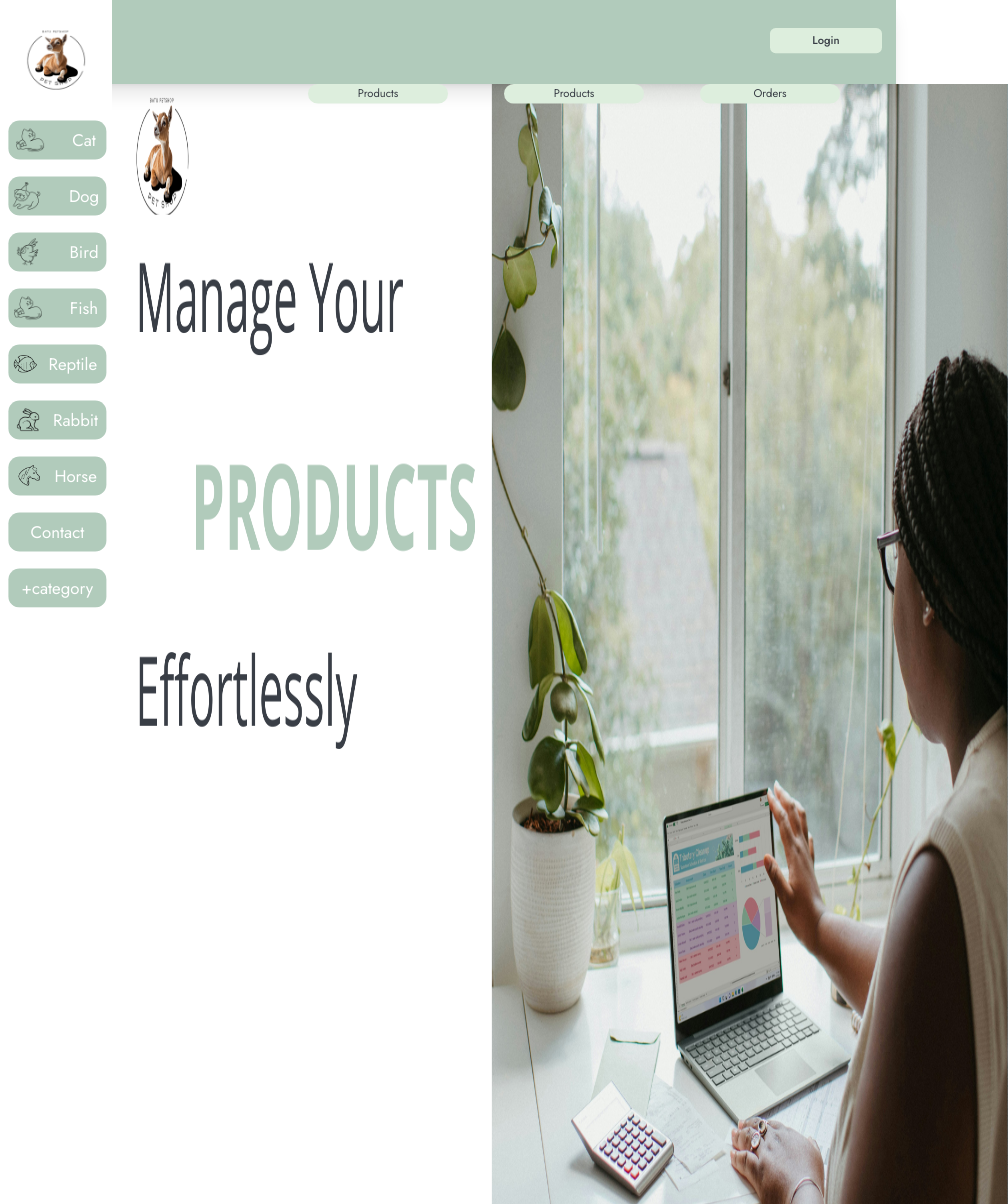
Repository: batu-call/batu-petshop
Page: /main (app in petshopp-appAdmin/admin/)
These files come from the project's save history. The page is drawn as it stood at one moment and after the next save; the edit follows.
The browser window is 1280 px wide. The page is 1440 px wide, so the pictures cover 1440 px, including what lies to the right of the window. The pictures show the whole page, at 70% of full size.
The project was rebuilt for these pictures with package versions that can differ from the ones it lists, and the page was loaded fresh each time. The framework's server and built-in components were replaced by stand-ins that run in the browser. Also part of the build but not shown: petshopp-appAdmin/admin/next.config.ts.

Above is the page before, as saved 2025-09-21 01:45:41.

### petshopp-appAdmin/admin/src/app/layout.tsx
import type { Metadata } from "next";
import { Jost } from 'next/font/google';
import "./globals.css";

const jost = Jost({
  subsets: ['latin'],
  weight: ['400', '500', '700'],
});


export const metadata: Metadata = {
  title: "Batu Petshop AdminPanel",
  description: "Generated by create next app",
   icons: {
    icon: '/favicon.ico',
  },
};

export default function RootLayout({
  children,
}: Readonly<{
  children: React.ReactNode;
}>) {
  return (
    <html lang="en">
      <body
        className={`antialiased ${jost.className}`}
      >
        {children}
      </body>
    </html>
  );
}

### petshopp-appAdmin/admin/src/app/main/layout.tsx
import Main from "./controller/Main"

export default function MainLayout({ children }: { children: React.ReactNode }) {
  return <Main>{children}</Main>
}

### petshopp-appAdmin/admin/src/app/main/page.tsx
import React from 'react'
import Main from './controller/Main'


const page = () => {
  return (
    <div>
        <Main />
    </div>
  )
}

export default page

### petshopp-appAdmin/admin/src/app/globals.css
@import "tailwindcss";
@import "tw-animate-css";

@custom-variant dark (&:is(.dark *));

@layer utilities {
  .bg-primary {
    background-color: #B1CBBB;
  }
  .bg-secondary {
    background-color: #DDEEDD;
  }
  .bg-secondary_20 {
    background-color: rgba(221, 238, 221, 0.2);
  }
  .text-jost {
    font-family: 'Jost',sans-serif;
  }
  .text-color {
    color: #393E46;
  }
  .text-color2 {
    color: #B1CBBB;
  }
}

body {
  font-family: 'Jost', Arial, Helvetica, sans-serif
}

@theme inline {
  --radius-sm: calc(var(--radius) - 4px);
  --radius-md: calc(var(--radius) - 2px);
  --radius-lg: var(--radius);
  --radius-xl: calc(var(--radius) + 4px);
  --color-background: var(--background);
  --color-foreground: var(--foreground);
  --color-card: var(--card);
  --color-card-foreground: var(--card-foreground);
  --color-popover: var(--popover);
  --color-popover-foreground: var(--popover-foreground);
  --color-primary: var(--primary);
  --color-primary-foreground: var(--primary-foreground);
  --color-secondary: var(--secondary);
  --color-secondary-foreground: var(--secondary-foreground);
  --color-muted: var(--muted);
  --color-muted-foreground: var(--muted-foreground);
  --color-accent: var(--accent);
  --color-accent-foreground: var(--accent-foreground);
  --color-destructive: var(--destructive);
  --color-border: var(--border);
  --color-input: var(--input);
  --color-ring: var(--ring);
  --color-chart-1: var(--chart-1);
  --color-chart-2: var(--chart-2);
  --color-chart-3: var(--chart-3);
  --color-chart-4: var(--chart-4);
  --color-chart-5: var(--chart-5);
  --color-sidebar: var(--sidebar);
  --color-sidebar-foreground: var(--sidebar-foreground);
  --color-sidebar-primary: var(--sidebar-primary);
  --color-sidebar-primary-foreground: var(--sidebar-primary-foreground);
  --color-sidebar-accent: var(--sidebar-accent);
  --color-sidebar-accent-foreground: var(--sidebar-accent-foreground);
  --color-sidebar-border: var(--sidebar-border);
  --color-sidebar-ring: var(--sidebar-ring);
}

:root {
  --radius: 0.625rem;
  --background: oklch(1 0 0);
  --foreground: oklch(0.145 0 0);
  --card: oklch(1 0 0);
  --card-foreground: oklch(0.145 0 0);
  --popover: oklch(1 0 0);
  --popover-foreground: oklch(0.145 0 0);
  --primary: oklch(0.205 0 0);
  --primary-foreground: oklch(0.985 0 0);
  --secondary: oklch(0.97 0 0);
  --secondary-foreground: oklch(0.205 0 0);
  --muted: oklch(0.97 0 0);
  --muted-foreground: oklch(0.556 0 0);
  --accent: oklch(0.97 0 0);
  --accent-foreground: oklch(0.205 0 0);
  --destructive: oklch(0.577 0.245 27.325);
  --border: oklch(0.922 0 0);
  --input: oklch(0.922 0 0);
  --ring: oklch(0.708 0 0);
  --chart-1: oklch(0.646 0.222 41.116);
  --chart-2: oklch(0.6 0.118 184.704);
  --chart-3: oklch(0.398 0.07 227.392);
  --chart-4: oklch(0.828 0.189 84.429);
  --chart-5: oklch(0.769 0.188 70.08);
  --sidebar: oklch(0.985 0 0);
  --sidebar-foreground: oklch(0.145 0 0);
  --sidebar-primary: oklch(0.205 0 0);
  --sidebar-primary-foreground: oklch(0.985 0 0);
  --sidebar-accent: oklch(0.97 0 0);
  --sidebar-accent-foreground: oklch(0.205 0 0);
  --sidebar-border: oklch(0.922 0 0);
  --sidebar-ring: oklch(0.708 0 0);
}

.dark {
  --background: oklch(0.145 0 0);
  --foreground: oklch(0.985 0 0);
  --card: oklch(0.205 0 0);
  --card-foreground: oklch(0.985 0 0);
  --popover: oklch(0.205 0 0);
  --popover-foreground: oklch(0.985 0 0);
  --primary: oklch(0.922 0 0);
  --primary-foreground: oklch(0.205 0 0);
  --secondary: oklch(0.269 0 0);
  --secondary-foreground: oklch(0.985 0 0);
  --muted: oklch(0.269 0 0);
  --muted-foreground: oklch(0.708 0 0);
  --accent: oklch(0.269 0 0);
  --accent-foreground: oklch(0.985 0 0);
  --destructive: oklch(0.704 0.191 22.216);
  --border: oklch(1 0 0 / 10%);
  --input: oklch(1 0 0 / 15%);
  --ring: oklch(0.556 0 0);
  --chart-1: oklch(0.488 0.243 264.376);
  --chart-2: oklch(0.696 0.17 162.48);
  --chart-3: oklch(0.769 0.188 70.08);
  --chart-4: oklch(0.627 0.265 303.9);
  --chart-5: oklch(0.645 0.246 16.439);
  --sidebar: oklch(0.205 0 0);
  --sidebar-foreground: oklch(0.985 0 0);
  --sidebar-primary: oklch(0.488 0.243 264.376);
  --sidebar-primary-foreground: oklch(0.985 0 0);
  --sidebar-accent: oklch(0.269 0 0);
  --sidebar-accent-foreground: oklch(0.985 0 0);
  --sidebar-border: oklch(1 0 0 / 10%);
  --sidebar-ring: oklch(0.556 0 0);
}

@layer base {
  * {
    @apply border-border outline-ring/50;
  }
  body {
    @apply bg-background text-foreground;
  }
}

### petshopp-appAdmin/admin/src/app/main/controller/Main.tsx
import React from 'react'
import Navbar from '../../Navbar/page'
import Sidebar from '../../Sidebar/page'
import Image from 'next/image'

//1743
const Main = () => {
  return (
    <div className='w-full h-screen bg-primary'>
      {/* Navbar */}
      <Navbar />
      {/* Catgeory */}
      <Sidebar />
      <Image src={"/admin-banner2.png"} alt='admin-banner' width={1743} height={700} className='ml-40 h-400'/>
    </div>
  )
}

export default Main

### petshopp-appAdmin/admin/src/app/Navbar/page.tsx
"use client"
import React, { useState } from 'react'
import Link from 'next/link'
import Image from 'next/image'
import { Button } from "@/components/ui/button"





const Page = () => {

  const [open, setOpen] = useState(false)

  return (
    <div>
      <div className='w-full h-30 bg-primary shadow-xl relative'>
        {/* Image */}
        <Link href={"/main"}>
      <div className='fixed'>
        <Image  src={"/logo.png"} alt='main-icon' width={500} height={500} className='flex justify-center items-center w-40 h-40'/>
      </div>
      </Link>
      {/* Image */}

      {/* Button */}
      <div className='absolute top-10 right-45'>
        <Button className='absolute cursor-pointer bg-secondary text-color w-40 text-base hover:bg-secondary'>Login</Button>
      </div>

      </div>
      <div className='flex gap-20 items-center justify-center absolute right-20'>
      {/* Buton + dropdown*/}
     <div
      className="relative inline-block"
      onMouseEnter={() => setOpen(true)}
      onMouseLeave={() => setOpen(false)}
    >
      {/* Buton */}
      <div className="w-50 h-7 rounded-xl bg-secondary flex items-center justify-center cursor-pointer">
        <h3 className="text-color text-jost">Products</h3>
      </div>

      {/* Dropdown */}
      {open && (
        <div className="absolute left-0 mt-1 w-50 bg-white shadow-lg rounded-xl z-10">
          <ul className="flex flex-col">
            <Link href="/AddProduct">
              <li>
                <a className="block px-4 py-2 hover:bg-gray-200 border-b-2 border-secondary">
                  Add Product
                </a>
              </li>
            </Link>
              <li>
                <a className="block px-4 py-2 hover:bg-gray-200 border-b-2 border-secondary">
                  All Products
                </a>
              </li>
              <li>
                <a className="block px-4 py-2 hover:bg-gray-200">Product Stats</a>
              </li>
          </ul>
        </div>
      )}
    </div>

           <div className="relative inline-block">
      {/* Buton + dropdown*/}
      <div className="group relative">
        <div className="w-50 h-7 rounded-xl bg-secondary flex items-center justify-center cursor-pointer">
          <h3 className="text-color text-jost">Products</h3>
        </div>

        {/* Dropdown */}
        <div className="absolute left-0 hidden group-hover:block mt-1 w-50 bg-white shadow-lg rounded-xl z-10">
          <ul className="flex flex-col">
            <Link href={"/AddProduct"}>
            <li>
                <a className="block px-4 py-2 hover:bg-gray-200 border-secondary border-b-2">Add Product</a>
            </li>
            </Link>
            <li>

                <a className="block px-4 py-2 hover:bg-gray-200 border-secondary border-b-2">All Products</a>

            </li>
            <li>

                <a className="block px-4 py-2 hover:bg-gray-200">Product Stats</a>

            </li>
          </ul>
        </div>
      </div>
    </div>

           <div className="relative inline-block">
      {/* Buton + dropdown*/}
      <div className="group relative">
        <div className="w-50 h-7 rounded-xl bg-secondary flex items-center justify-center cursor-pointer">
          <h3 className="text-color text-jost">Orders</h3>
        </div>

        {/* Dropdown */}
        <div className="absolute left-0 hidden group-hover:block mt-1 w-50 bg-white shadow-lg rounded-xl z-10">
          <ul className="flex flex-col">
            <li>
                <a className="block px-4 py-2 hover:bg-gray-200 border-secondary border-b-2">All Orders</a>

            </li>
            <li>

                <a className="block px-4 py-2 hover:bg-gray-200 border-secondary border-b-2">Processing Orders</a>

            </li>
            <li>

                <a className="block px-4 py-2 hover:bg-gray-200">Completed Orders</a>

            </li>
             <li>

                <a className="block px-4 py-2 hover:bg-gray-200">Order Stats</a>

            </li>
          </ul>
        </div>
      </div>
    </div>
      </div>
    </div>
  )
}

export default Page

### petshopp-appAdmin/admin/src/app/Sidebar/page.tsx
import React from 'react'
import Link from 'next/link'
import Image from 'next/image'

const page = () => {
  return (
    <div>
        <div className='w-40 h-screen bg-white fixed mt-7'>
        {/* Cat */}
        <Link href={"/Cat"}>
      <div className='bg-primary inline-block p-2 items-center mt-6 ml-3 rounded-2xl w-35'>
        <div className='flex gap-9 items-center justify-center'>
       <Image src="/cat_7721779.png" alt='cat-image'
       height={40}
       width={40}
       />
       <h2 className='text-2xl text-jost text-white p-1'>Cat</h2>
      </div>
      </div>
      </Link>
      {/* Dog */}
         <Link href={"/Dog"}>
       <div className='bg-primary inline-block p-2 items-center mt-6 ml-3 rounded-2xl w-35'>
        <div className='flex gap-9 items-center justify-center'>
       <Image src="/dog.png" alt='cat-image'
       height={40}
       width={40}
       />
       <h2 className='text-2xl text-jost text-white p-1'>Dog</h2>
      </div>
      </div>
      </Link>
      {/* BİRD */}
         <Link href={"/Bird"}>
       <div className='bg-primary inline-block p-2 items-center mt-6 ml-3 rounded-2xl w-35'>
        <div className='flex gap-9 items-center justify-center'>
       <Image src="/bird.png" alt='cat-image'
       height={40}
       width={40}
       />
       <h2 className='text-2xl text-jost text-white p-1'>Bird</h2>
      </div>
      </div>
      </Link>
      {/* FİSH */}
         <Link href={"/Fish"}>
       <div className='bg-primary inline-block p-2 items-center mt-6 ml-3 rounded-2xl w-35'>
        <div className='flex gap-9 items-center justify-center'>
       <Image src="/cat_7721779.png" alt='cat-image'
       height={40}
       width={40}
       />
       <h2 className='text-2xl text-jost text-white p-1'>Fish</h2>
      </div>
      </div>
      </Link>
      {/* Reptile */}
         <Link href={"/Reptile"}>
       <div className='bg-primary inline-block p-2 items-center mt-6 ml-3 rounded-2xl w-35'>
        <div className='flex gap-3 items-center justify-center'>
       <Image src="/fish.png" alt='cat-image'
       height={40}
       width={40}
       />
       <h2 className='text-2xl text-jost text-white mr-2'>Reptile</h2>
      </div>
      </div>
      </Link>
      {/* Rabbit */}
         <Link href={"/Rabbit"}>
       <div className='bg-primary inline-block p-2 items-center mt-6 ml-3 rounded-2xl w-35'>
        <div className='flex gap-3 items-center justify-center'>
       <Image src="/rabbit2.png" alt='cat-image'
       height={40}
       width={40}
       />
       <h2 className='text-2xl text-jost text-white p-1'>Rabbit</h2>
      </div>
      </div>
      </Link>
      {/* Horse */}
         <Link href={"/Horse"}>
       <div className='bg-primary inline-block p-2 items-center mt-6 ml-3 rounded-2xl w-35'>
        <div className='flex gap-3 items-center justify-center'>
       <Image src="/horse.png" alt='cat-image'
       height={40}
       width={40}
       />
       <h2 className='text-2xl text-jost text-white p-1'>Horse</h2>
      </div>
      </div>
      </Link>
      {/* Contact */}
         <Link href={"/Contact"}>
       <div className='bg-primary inline-block p-2 items-center mt-6 ml-3 rounded-2xl w-35'>
        <div className='flex gap-3 items-center justify-center'>
       <h2 className='text-2xl text-jost text-white p-1'>Contact</h2>
      </div>
      </div>
      </Link>
      {/* +category */}
       <div className='bg-primary inline-block p-2 items-center mt-6 ml-3 rounded-2xl w-35'>
        <div className='flex gap-3 items-center justify-center'>
       <h2 className='text-2xl text-jost text-white p-1'>+category</h2>
      </div>
      </div>
    </div>
    </div>
  )
}

export default page

### petshopp-appAdmin/admin/src/components/ui/button.tsx
import * as React from "react"
import { Slot } from "@radix-ui/react-slot"
import { cva, type VariantProps } from "class-variance-authority"

import { cn } from "@/lib/utils"

const buttonVariants = cva(
  "inline-flex items-center justify-center gap-2 whitespace-nowrap rounded-md text-sm font-medium transition-all disabled:pointer-events-none disabled:opacity-50 [&_svg]:pointer-events-none [&_svg:not([class*='size-'])]:size-4 shrink-0 [&_svg]:shrink-0 outline-none focus-visible:border-ring focus-visible:ring-ring/50 focus-visible:ring-[3px] aria-invalid:ring-destructive/20 dark:aria-invalid:ring-destructive/40 aria-invalid:border-destructive",
  {
    variants: {
      variant: {
        default: "bg-primary text-primary-foreground hover:bg-primary/90",
        destructive:
          "bg-destructive text-white hover:bg-destructive/90 focus-visible:ring-destructive/20 dark:focus-visible:ring-destructive/40 dark:bg-destructive/60",
        outline:
          "border bg-background shadow-xs hover:bg-accent hover:text-accent-foreground dark:bg-input/30 dark:border-input dark:hover:bg-input/50",
        secondary:
          "bg-secondary text-secondary-foreground hover:bg-secondary/80",
        ghost:
          "hover:bg-accent hover:text-accent-foreground dark:hover:bg-accent/50",
        link: "text-primary underline-offset-4 hover:underline",
      },
      size: {
        default: "h-9 px-4 py-2 has-[>svg]:px-3",
        sm: "h-8 rounded-md gap-1.5 px-3 has-[>svg]:px-2.5",
        lg: "h-10 rounded-md px-6 has-[>svg]:px-4",
        icon: "size-9",
      },
    },
    defaultVariants: {
      variant: "default",
      size: "default",
    },
  }
)

function Button({
  className,
  variant,
  size,
  asChild = false,
  ...props
}: React.ComponentProps<"button"> &
  VariantProps<typeof buttonVariants> & {
    asChild?: boolean
  }) {
  const Comp = asChild ? Slot : "button"

  return (
    <Comp
      data-slot="button"
      className={cn(buttonVariants({ variant, size, className }))}
      {...props}
    />
  )
}

export { Button, buttonVariants }

Loaded but not shown: petshopp-appAdmin/admin/src/lib/utils.ts (common file)

After the next save:
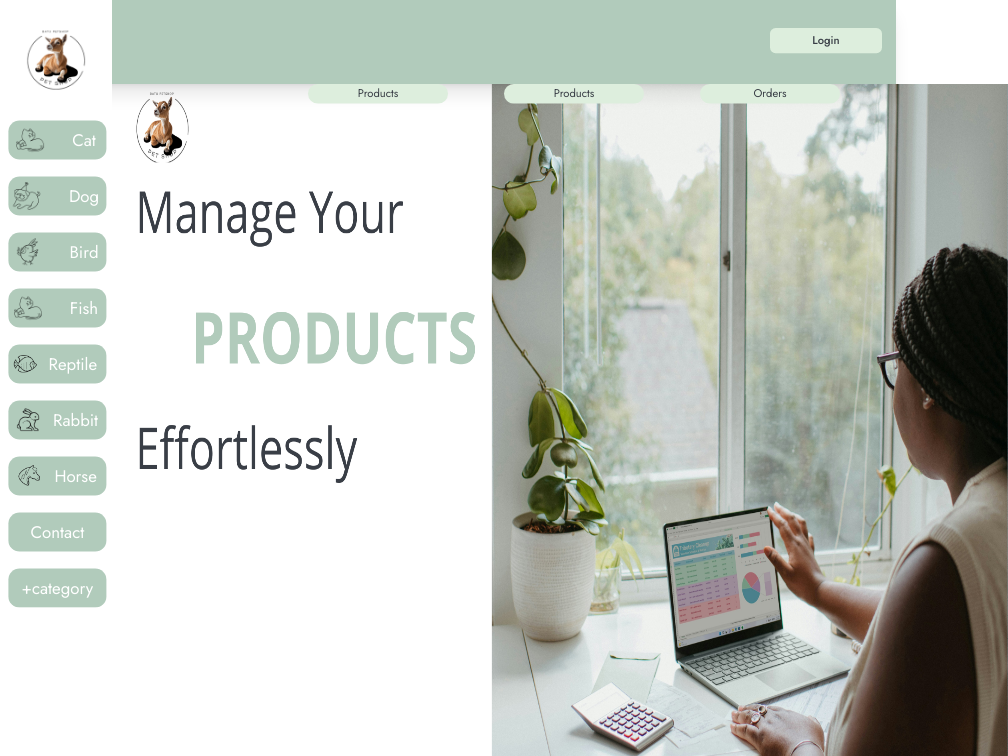
Saved 4 s later.
--- a/petshopp-appAdmin/admin/src/app/main/controller/Main.tsx
+++ b/petshopp-appAdmin/admin/src/app/main/controller/Main.tsx
@@ -11,7 +11,7 @@ const Main = () => {
       <Navbar />
       {/* Catgeory */}
       <Sidebar />
-      <Image src={"/admin-banner2.png"} alt='admin-banner' width={1743} height={700} className='ml-40 h-400'/>
+      <Image src={"/admin-banner2.png"} alt='admin-banner' width={1743} height={700} className='ml-40 h-240'/>
     </div>
   )
 }
